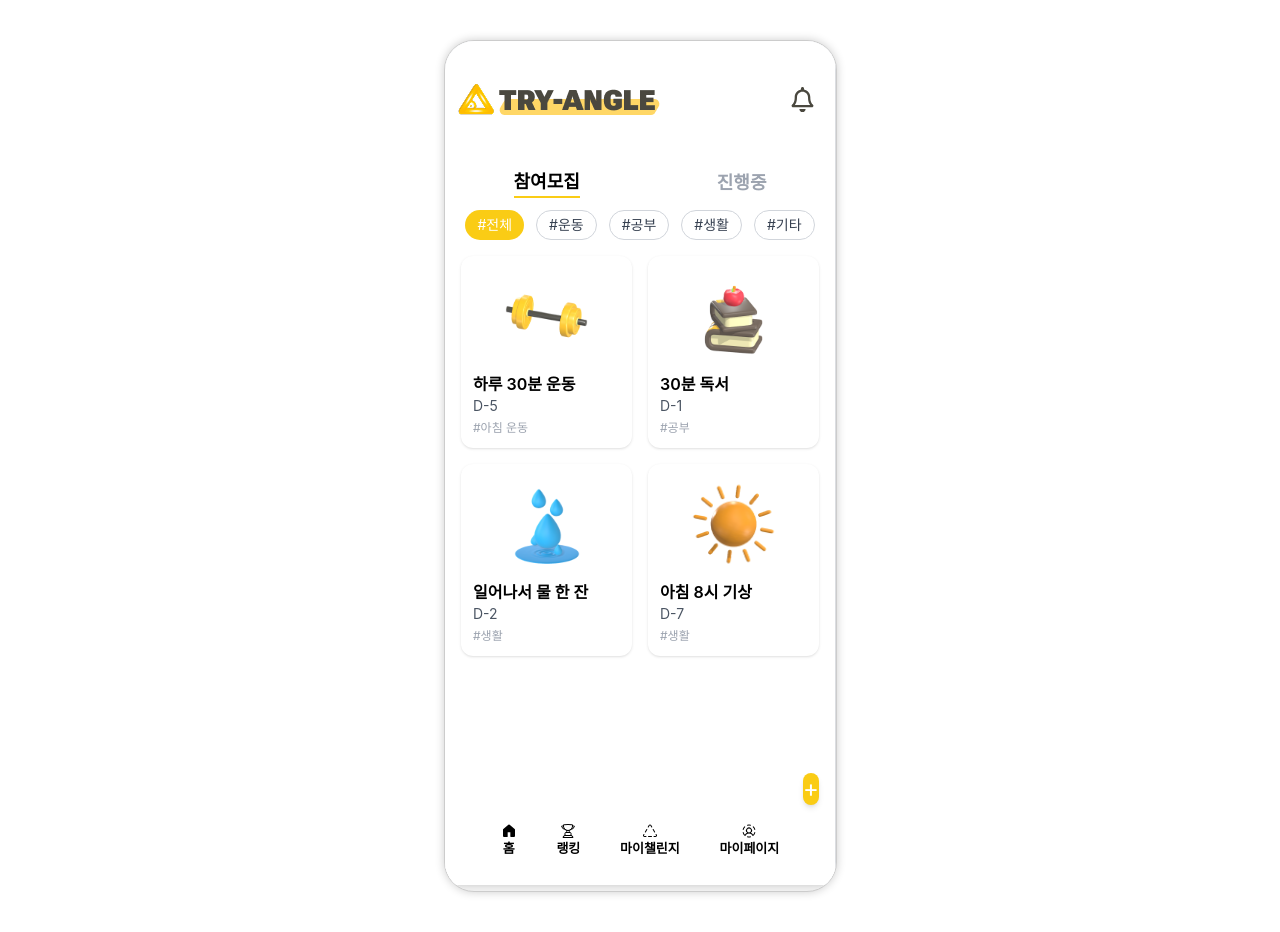
Repository: gusdk19/TryAngle-FE
Page: /
These files come from the project's save history. The page is drawn as it stood at one moment and after the next save; the edit follows.
The browser window is 1280 px wide. The pictures show the whole page.
The project was rebuilt for these pictures with package versions that can differ from the ones it lists, and the page was loaded fresh each time. Also part of the build but not shown: src/App.css.

Above is the page before, as saved 2025-04-30 15:32:44.

### src/index.js
import React from 'react';
import ReactDOM from 'react-dom/client';
import "./styles/index.css";
import App from './App';
import reportWebVitals from './reportWebVitals';

const root = ReactDOM.createRoot(document.getElementById('root'));
root.render(
  <React.StrictMode>
    {/* <App /> */}
    <div className='iphone-frame'>
      <App/>
    </div>
  </React.StrictMode>
);

// If you want to start measuring performance in your app, pass a function
// to log results (for example: reportWebVitals(console.log))
// or send to an analytics endpoint. Learn more: https://bit.ly/CRA-vitals
reportWebVitals();

### src/styles/index.css
@tailwind base;
@tailwind components;
@tailwind utilities;

body {
  margin: 0;
  font-family: -apple-system, BlinkMacSystemFont, 'Segoe UI', 'Roboto', 'Oxygen',
    'Ubuntu', 'Cantarell', 'Fira Sans', 'Droid Sans', 'Helvetica Neue',
    sans-serif;
  -webkit-font-smoothing: antialiased;
  -moz-osx-font-smoothing: grayscale;
}

code {
  font-family: source-code-pro, Menlo, Monaco, Consolas, 'Courier New',
    monospace;
}

.iphone-frame {
  position: relative;
  width: 393px;
  height: 852px;
  border: 1px solid #ccc;
  margin: 40px auto;
  box-shadow: 0 0 10px rgba(0,0,0,0.2);
  overflow: auto;
  border-radius: 30px;
  background: white;
  padding: 0px 0px;

  -ms-overflow-style:none; /* IE and Edge */
  scrollbar-width:none; /* Firefox */
}

.iphone-frame::-webkit-scrollbar {
	display:none /* Chrome , Safari , Opera */
}

### src/App.js
import { BrowserRouter, Routes, Route } from 'react-router-dom';
import './App.css';

import Home from './pages/Home';
//import Alarm from './pages/Alarm';
//import ChallengeAdd from './pages/ChallengeAdd';

function App() {
  return (
    <BrowserRouter>
      <Routes>
        <Route path="/" element={<Home />} />
        {/*<Route path="/alarm" element={<Alarm />} /> */}
        { /*<Route path="/challenge/add" element={<ChallengeAdd />} />*/}
      </Routes>
    </BrowserRouter>
  );
}

export default App;

### src/pages/Home.js
import React, { useState } from 'react';
import Header from '../components/Header';
import Footer from '../components/Footer';
import dumbell from '../assets/images/finace/dumbell.png';
import books from '../assets/images/finace/books.png';
import water from '../assets/images/finace/water.png';
import sun from '../assets/images/finace/Sun.png';

const Home = () => {
  const [activeTab, setActiveTab] = useState('participating');
  const [activeCategory, setActiveCategory] = useState('전체');

  const categories = ['전체', '운동', '공부', '생활', '기타'];

  const challenges = [
    { id: 1, title: '하루 30분 운동', dday: 5, tag: '#아침 운동', image: dumbell },
    { id: 2, title: '30분 독서', dday: 1, tag: '#공부', image: books },
    { id: 3, title: '일어나서 물 한 잔', dday: 2, tag: '#생활', image: water },
    { id: 4, title: '아침 8시 기상', dday: 7, tag: '#생활', image: sun },
  ];

  const filteredChallenges =
    activeCategory === '전체'
      ? challenges
      : challenges.filter((c) => c.tag.includes(activeCategory));

  return (
    <div className="flex justify-center items-center min-h-screen bg-gray-200">
      {/* 모바일 프레임 */}
      <div className="relative w-[390px] h-[844px] bg-white overflow-hidden rounded-xl shadow-lg flex flex-col">
        <Header />

        {/* 탭 영역 */}
        <div className="flex justify-around mt-4">
          <button
            className={`text-lg font-semibold ${
              activeTab === 'participating'
                ? 'border-b-2 border-yellow-400 text-black'
                : 'text-gray-400'
            }`}
            onClick={() => setActiveTab('participating')}
          >
            참여모집
          </button>
          <button
            className={`text-lg font-semibold ${
              activeTab === 'ongoing'
                ? 'border-b-2 border-yellow-400 text-black'
                : 'text-gray-400'
            }`}
            onClick={() => setActiveTab('ongoing')}
          >
            진행중
          </button>
        </div>

        {/* + 버튼 */}
        <button className="absolute bottom-20 right-4 bg-yellow-400 w-23 h-22 rounded-full text-white text-2xl shadow-md hover:bg-yellow-500 z-20">
          +
        </button>

        {/* 카테고리 */}
        <div className="flex justify-center gap-3 mt-3">
          {categories.map((category) => (
            <button
              key={category}
              className={`px-3 py-1 rounded-full text-sm ${
                activeCategory === category
                  ? 'bg-yellow-400 text-white'
                  : 'bg-white text-gray-700 border border-gray-300'
              }`}
              onClick={() => setActiveCategory(category)}
            >
              #{category}
            </button>
          ))}
        </div>

        {/* 챌린지 카드 */}
        <div className="flex-grow overflow-y-auto p-4 pb-[100px]">
          <div className="grid grid-cols-2 gap-4">
            {filteredChallenges.map((c) => (
              <div
                key={c.id}
                className="bg-white p-3 rounded-xl shadow hover:bg-yellow-200 transition"
              >
                <img
                  src={c.image}
                  alt={c.title}
                  className="w-full h-24 object-contain mb-2"
                />
                <p className="font-semibold">{c.title}</p>
                <p className="text-sm text-gray-600">D-{c.dday}</p>
                <p className="text-xs text-gray-400 mt-1">{c.tag}</p>
              </div>
            ))}
          </div>
        </div>

        <Footer page="home" />
      </div>
    </div>
  );
};

export default Home;

### src/components/Header.js
import React from "react";
import "../styles/Header.css";
import { FaRegBell } from "react-icons/fa";
import { useNavigate } from "react-router-dom";
import logo_name from "../assets/images/common/logo_name.png";

export default function Header() {
  const navigate = useNavigate();

  return (
    <div className="header flex flex-unwrap grow w-full pt-[4.5px]">
      {/* 로고 (왼쪽) */}
      <div className="logo-name my-auto flex-1 text-left align-middle cursor-pointer" onClick={() => navigate("/")}>
        <img src={logo_name} alt="try-angle_logo_name" />
      </div>

      {/* 알림 아이콘 (오른쪽) */}
      <div className="bell flex-none align-middle cursor-pointer">
        <FaRegBell
          className="bell-icon2 mt-[2px] text-[#4A483F]"
          onClick={() => navigate("/alarm")}
        />
      </div>
    </div>
  );
}

### src/components/Footer.js
import React from "react";
import "../styles/Header.css";
import { GoHome, GoHomeFill } from "react-icons/go";
import { HiTrophy, HiOutlineTrophy } from "react-icons/hi2";
import { PiUserCircleDashed, PiUserCircleDuotone, PiTriangleDashedFill, PiTriangleDashed } from "react-icons/pi";
import { useNavigate } from "react-router-dom";

export default function Footer({ page }) {
  const navigate = useNavigate();

  const navigationItems = [
    {
      icon: page === "home" ? <GoHomeFill className="icon" /> : <GoHome className="icon" />,
      label: "홈",
      route: "/",
    },
    {
      icon: page === "ranking" ? <HiTrophy className="icon" /> : <HiOutlineTrophy className="icon" />,
      label: "랭킹",
      route: "/rank",
    },
    {
      icon: page === "myChallenge" ? <PiTriangleDashedFill className="icon" /> : <PiTriangleDashed className="icon" />,
      label: "마이챌린지",
      route: "/mychallenge",
    },
    {
      icon: page === "myPage" ? <PiUserCircleDuotone className="icon" /> : <PiUserCircleDashed className="icon" />,
      label: "마이페이지",
      route: "/mypage",
    },
  ];

  return (
    <footer className="w-full h-[70px] bg-white px-4 pt-2 z-10">
      <div className="flex justify-evenly items-start">
        {navigationItems.map((item, index) => (
          <div
            key={index}
            className="footer-item flex flex-col items-center cursor-pointer"
            onClick={() => navigate(item.route)}
          >
            {item.icon}
            <span className="text-[13px] font-bold text-black text-center leading-normal">
              {item.label}
            </span>
          </div>
        ))}
      </div>
    </footer>
  );
}

### src/styles/Header.css
.header{
    display: flex;
    flex-wrap: nowrap;
    justify-content: space-between;
    position: relative;
    width: 100%;
    height: 51px;
    text-align: center;
    vertical-align: middle;
}

.title{
    display: grid;
    place-items: center;
    flex-grow: 1;
    vertical-align: middle;
}

.logo-name{
    display: grid;
    place-items: start;
    flex-grow: 1;
    vertical-align: middle;
    margin-left: 13px;
}

.title-text{
    position: absolute;
    left:50%;
    transform: translateX(-50%);
    font-weight: bold;
    font-size: large;
}

.bell{
    display: grid;
    place-items: center;
    flex-shrink: 0;
    vertical-align: middle;
    margin-right:20px;

}

.bell-icon{
    width: 20px;
    height:20px;
}

.bell-icon2{
    width: 25px;
    height:25px;
}

.back{
    display: grid;
    place-items: center;
    flex-shrink: 0;
    vertical-align: middle;
    margin-left:20px;

}

.back-icon{
    width: 20px;
    height:20px;
}

### tailwind.config.js
/** @type {import('tailwindcss').Config} */
module.exports = {
    content: [
        "./src/**/*.{js,jsx,ts,tsx}",
    ],
    theme: {
      extend: {},
    },
    plugins: [],
  }

Loaded but not shown: public/index.html (common file); src/reportWebVitals.js (common file)

After the next save:
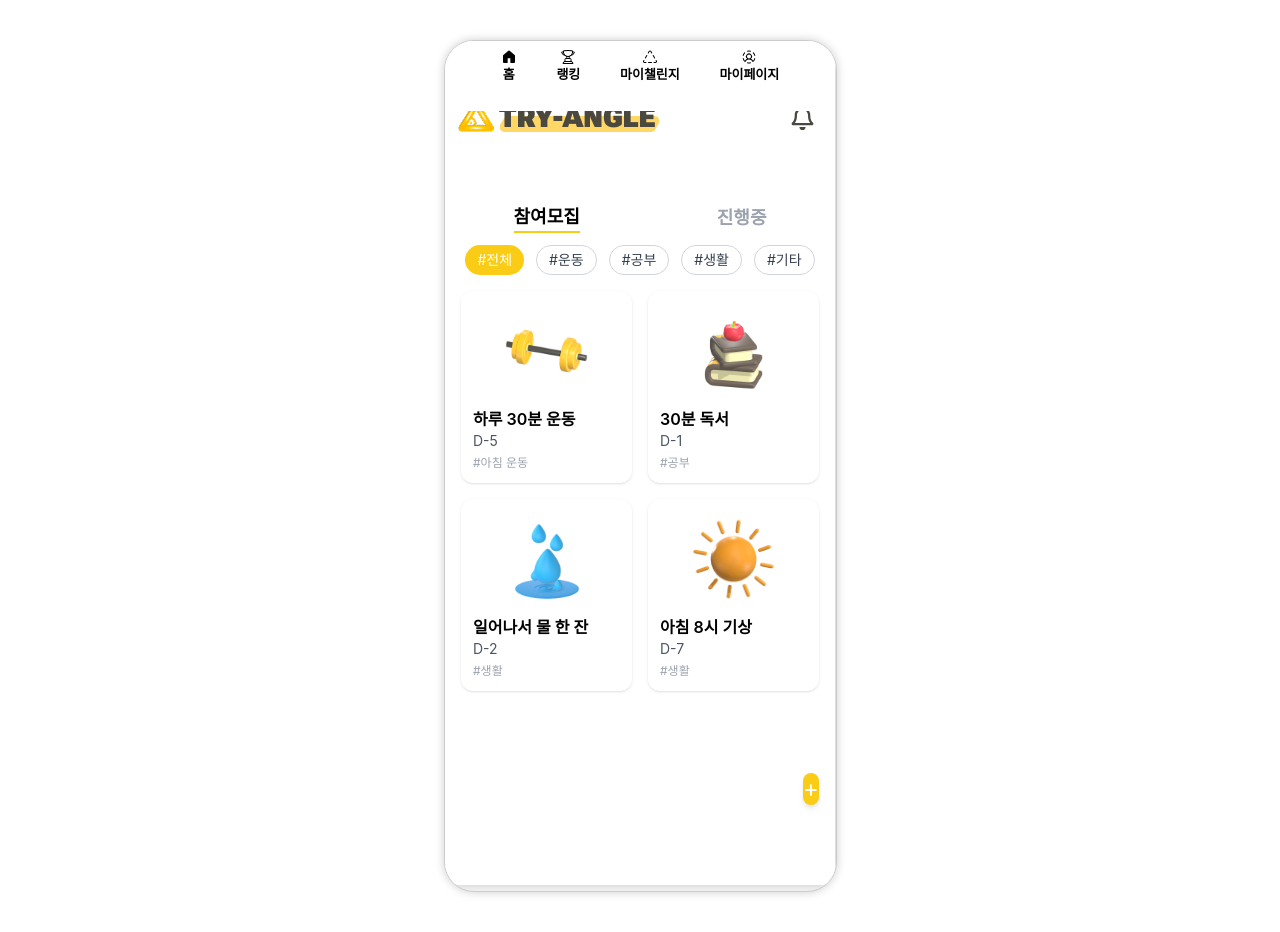
Saved 97 s later.
--- a/src/components/Footer.js
+++ b/src/components/Footer.js
@@ -32,7 +32,7 @@
   ];
 
   return (
-    <footer className="w-full h-[70px] bg-white px-4 pt-2 z-10">
+    <footer className="absolute w-full h-[70px] bg-white px-4 pt-2 z-10">
       <div className="flex justify-evenly items-start">
         {navigationItems.map((item, index) => (
           <div

After the save that followed:
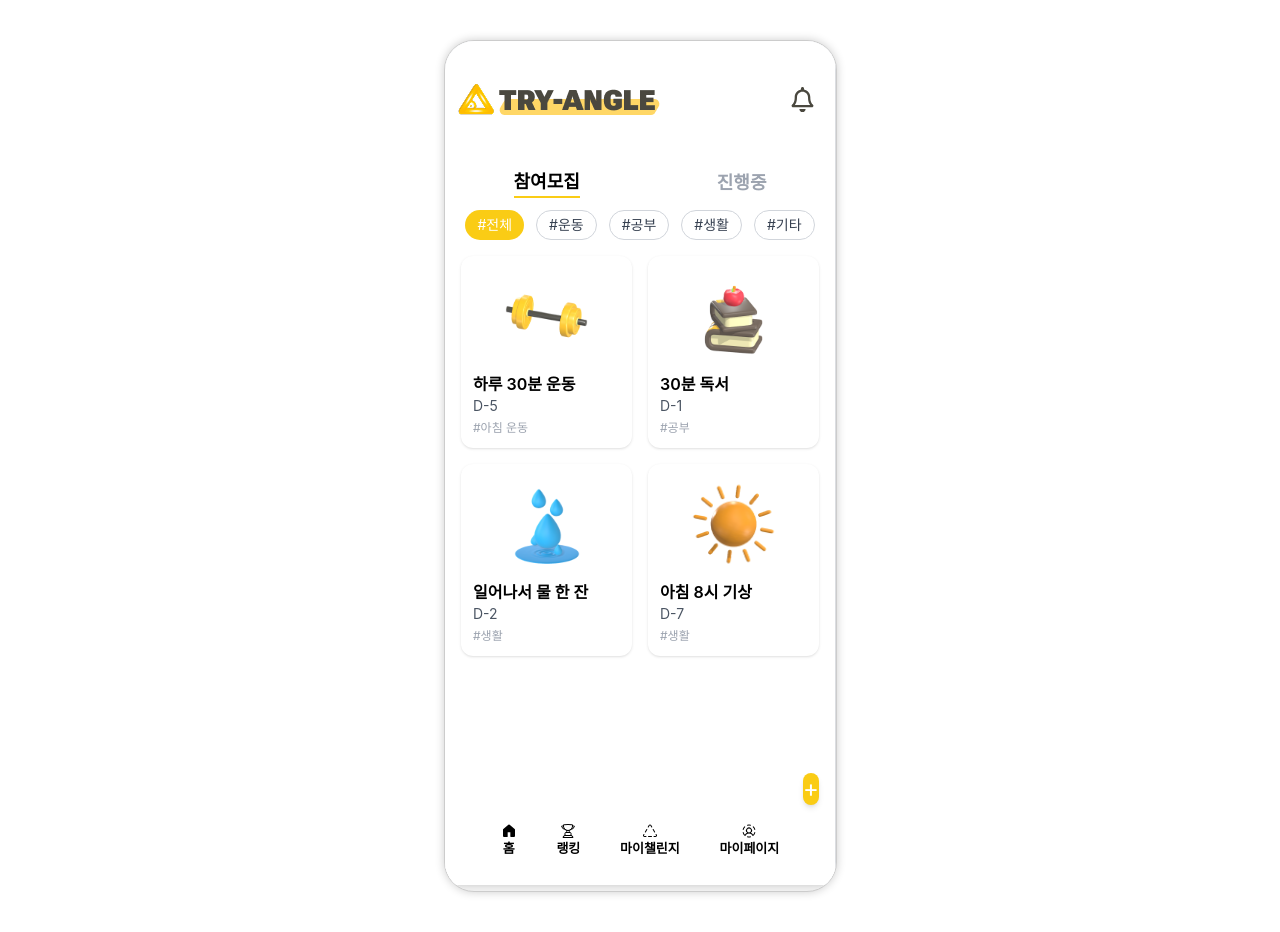
Saved 13 s later.
--- a/src/components/Footer.js
+++ b/src/components/Footer.js
@@ -32,7 +32,7 @@
   ];
 
   return (
-    <footer className="absolute w-full h-[70px] bg-white px-4 pt-2 z-10">
+    <footer className="w-full h-[70px] bg-white px-4 pt-2 z-10">
       <div className="flex justify-evenly items-start">
         {navigationItems.map((item, index) => (
           <div
